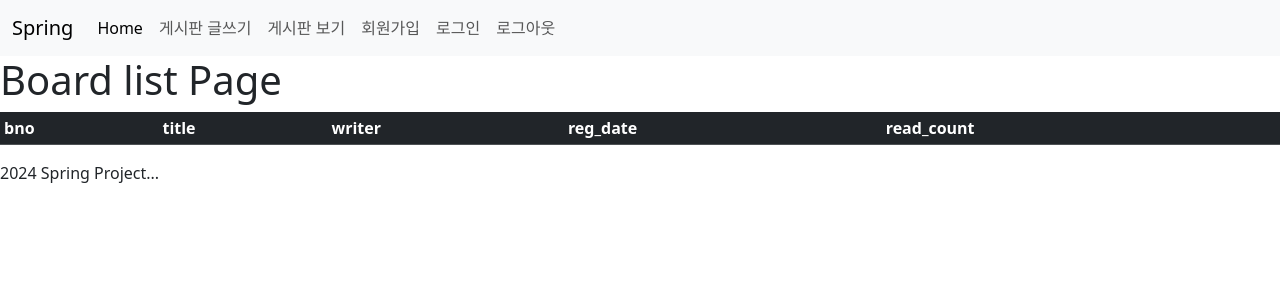
Repository: leechanggyu1118/Spring
Page: http://localhost/spring_study/WEB-INF/views/board/list.jsp
The author's editor kept a copy of each file at every save. The page is drawn from the files as they stood at one save, then again after the next save.
The browser window is 1280 px wide. The pictures show the whole page.
The page is served by Tomcat 9. Nobody is signed in. The template is opened directly, without the code that normally fills it, so the values that code supplies are empty.

Above is the page before, as saved 2024-04-24 07:58:24.

### spring_study/src/main/webapp/WEB-INF/views/board/list.jsp
<%@ page language="java" contentType="text/html; charset=UTF-8"
	pageEncoding="UTF-8"%>
 <%@ taglib uri="http://java.sun.com/jsp/jstl/core" prefix="c" %>

<jsp:include page="../layout/header.jsp"></jsp:include>
<div class="contatiner-md">
	<h1>Board list Page</h1>

	<table class="table table-dark table-sm">
		<thead>
			<tr>
				<th>bno</th>
				<th>title</th>
				<th>writer</th>
				<th>reg_date</th>
				<th>read_count</th>
			</tr>
		</thead>
		<tbody>
		<c:forEach items="${list }" var="bvo">
		<tr>
			<td>${bvo.bno }</td>
			<td> <a href="/board/detail?bno=${bvo.bno }">${bvo.title }</a> </td>
			<td>${bvo.writer }</td>
			<td>${bvo.reg_date }</td>
			<td>${bvo.read_count }</td>

		</tr>

		</c:forEach>


		</tbody>

	</table>

</div>
<jsp:include page="../layout/footer.jsp"></jsp:include>

### spring_study/src/main/webapp/WEB-INF/views/layout/header.jsp
<%@ page language="java" contentType="text/html; charset=UTF-8"
    pageEncoding="UTF-8"%>
<!DOCTYPE html>
<html>
<head>
<meta charset="UTF-8">
<title>header.jsp</title>
<link href="https://cdn.jsdelivr.net/npm/bootstrap@5.3.3/dist/css/bootstrap.min.css" rel="stylesheet" integrity="sha384-QWTKZyjpPEjISv5WaRU9OFeRpok6YctnYmDr5pNlyT2bRjXh0JMhjY6hW+ALEwIH" crossorigin="anonymous">
<script src="https://cdn.jsdelivr.net/npm/bootstrap@5.3.3/dist/js/bootstrap.bundle.min.js" integrity="sha384-YvpcrYf0tY3lHB60NNkmXc5s9fDVZLESaAA55NDzOxhy9GkcIdslK1eN7N6jIeHz" crossorigin="anonymous"></script>
</head>
<body>

<nav class="navbar navbar-expand-lg bg-body-tertiary">
  <div class="container-fluid">
    <a class="navbar-brand" href="#">Spring</a>
    <button class="navbar-toggler" type="button" data-bs-toggle="collapse" data-bs-target="#navbarSupportedContent" aria-controls="navbarSupportedContent" aria-expanded="false" aria-label="Toggle navigation">
      <span class="navbar-toggler-icon"></span>
    </button>
    <div class="collapse navbar-collapse" id="navbarSupportedContent">
      <ul class="navbar-nav me-auto mb-2 mb-lg-0">
        <li class="nav-item">
          <a class="nav-link active" aria-current="page" href="/">Home</a>
        </li>
        <li class="nav-item">
          <a class="nav-link" href="/board/register">게시판 글쓰기</a>
        </li>
        <li class="nav-item">
          <a class="nav-link" href="/board/list">게시판 보기</a>
        </li>
        <li class="nav-item">
          <a class="nav-link" href="#">회원가입</a>
        </li>
        <li class="nav-item">
          <a class="nav-link" href="#">로그인</a>
        </li>
        <li class="nav-item">
          <a class="nav-link" href="#">로그아웃</a>
        </li>

        </ul>
    </div>
  </div>
</nav>

### spring_study/src/main/webapp/WEB-INF/views/layout/footer.jsp
<%@ page language="java" contentType="text/html; charset=UTF-8"
    pageEncoding="UTF-8"%>
<div>
	2024 Spring Project...
</div>

</body>
</html>

After the next save:
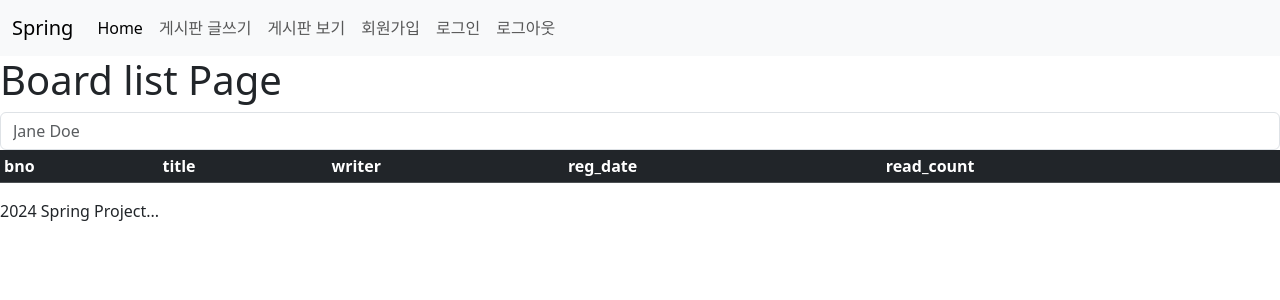
Saved 16 min 57 s later.
--- a/spring_study/src/main/webapp/WEB-INF/views/board/list.jsp
+++ b/spring_study/src/main/webapp/WEB-INF/views/board/list.jsp
@@ -5,6 +5,13 @@
 <jsp:include page="../layout/header.jsp"></jsp:include>
 <div class="contatiner-md">
 	<h1>Board list Page</h1>
+	<!-- 검색라인  -->
+	  <div class="col-auto">
+    <label class="visually-hidden" for="autoSizingInput">Name</label>
+    <input type="text" class="form-control" id="autoSizingInput" placeholder="Jane Doe">
+  </div>
+
+
 
 	<table class="table table-dark table-sm">
 		<thead>
@@ -33,6 +40,9 @@
 		</tbody>
 
 	</table>
+	<!-- 페이지네이션라인  -->
+
+
 
 </div>
 <jsp:include page="../layout/footer.jsp"></jsp:include>
